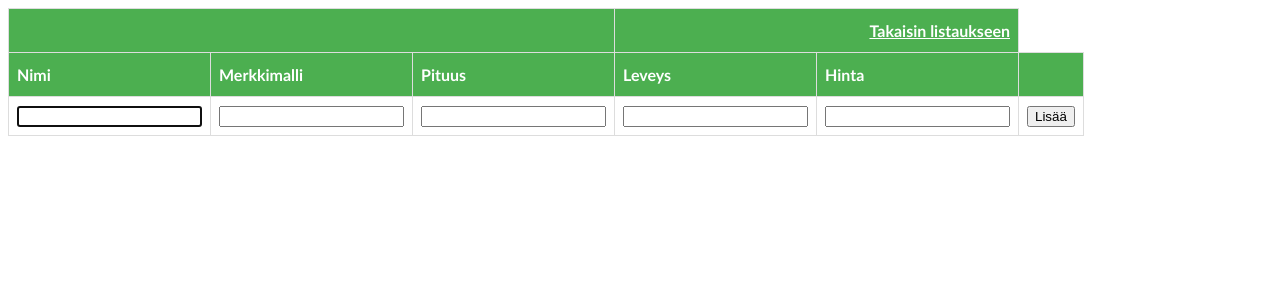
Repository: a1503589/ohjelmointi2-lopputyo
Page: http://localhost/autot/lisaavene.jsp
The author's editor kept a copy of each file at every save. The page is drawn from the files as they stood at one save, then again after the next save.
The browser window is 1280 px wide. The pictures show the whole page.
Empty fields were first filled with sample values (such as "Sample", 5 or name@example.com).
After loading, the first visible `#tallenna` was clicked once.
The page is served by Tomcat 9. Other server files are loaded and not shown.

Above is the page before, as saved 2021-12-14 15:53:26.
Console error (its wording comes from the project's code and is left out).

### autot/src/main/webapp/lisaavene.jsp
<%@ page language="java" contentType="text/html; charset=ISO-8859-1"
    pageEncoding="ISO-8859-1"%>
<!DOCTYPE html>
<html>
<head>
<meta charset="ISO-8859-1">
<script src="scripts/main.js"></script>
<link rel="stylesheet" type="text/css" href="css/main.css">
<title>Lisää vene</title>
</head>
<body onkeydown="tutkiKey(event)">
<form id="tiedot">
	<table>
		<thead>
			<tr>
				<th colspan="3" id="ilmo"></th>
				<th colspan="2" class="oikealle"><a href="listaaveneet.jsp" id="takaisin">Takaisin listaukseen</a></th>
			</tr>
			<tr>
				<th>Nimi</th>
				<th>Merkkimalli</th>
				<th>Pituus</th>
				<th>Leveys</th>
				<th>Hinta</th>
				<th></th>
			</tr>
		</thead>
		<tbody>
			<tr>
				<td><input type="text" name="nimi" id="nimi"></td>
				<td><input type="text" name="merkkimalli" id="merkkimalli"></td>
				<td><input type="text" name="pituus" id="pituus"></td>
				<td><input type="text" name="leveys" id="leveys"></td>
				<td><input type="text" name="hinta" id="hinta"></td>
				<td><input type="button" name="nappi" id="tallenna" value="Lisää" onclick="lisaaTiedot()"></td>
			</tr>
		</tbody>
	</table>
</form>
<span id="ilmo"></span>
</body>
<script>
function tutkiKey(event){
	if(event.keyCode==13){//Enter
		lisaaTiedot();
	}

}

document.getElementById("nimi").focus();//viedään kursori rekno-kenttään sivun latauksen yhteydessä

//funktio tietojen lisäämistä varten. Kutsutaan backin POST-metodia ja välitetään kutsun mukana uudet tiedot json-stringinä.
//POST /autot/
function lisaaTiedot(){
	var ilmo="";
	var d = new Date();
	if(document.getElementById("nimi").value.length<2){
		ilmo="Nimi ei kelpaa!";
	}else if(document.getElementById("merkkimalli").value.length<2){
		ilmo="Merkkimalli ei kelpaa!";
	}else if(document.getElementById("pituus").value.length<3){
		ilmo="Pituus ei kelpaa!";
	}else if(document.getElementById("leveys").value.lenght <4){
		ilmo="Leveys ei ole kelpaa!";
	}else if(document.getElementById("hinta").value.lenght <4){
		ilmo="Hinta ei kelpaa!";
	}
	if(ilmo!=""){
		document.getElementById("ilmo").innerHTML=ilmo;
		setTimeout(function(){ document.getElementById("ilmo").innerHTML=""; }, 3000);
		return;
	}
	document.getElementById("nimi").value=siivoa(document.getElementById("nimi").value);
	document.getElementById("merkkimalli").value=siivoa(document.getElementById("merkkimalli").value);
	document.getElementById("pituus").value=siivoa(document.getElementById("pituus").value);
	document.getElementById("leveys").value=siivoa(document.getElementById("leveys").value);
	document.getElementById("hinta").value=siivoa(document.getElementById("hinta").value);

	var formJsonStr=formDataToJSON(document.getElementById("tiedot")); //muutetaan lomakkeen tiedot json-stringiksi
	//Lähetään uudet tiedot backendiin
	fetch("veneet",{//Lähetetään kutsu backendiin
	      method: 'POST',
	      body:formJsonStr
	    })
	.then( function (response) {//Odotetaan vastausta ja muutetaan JSON-vastaus objektiksi
		return response.json()
	})
	.then( function (responseJson) {//Otetaan vastaan objekti responseJson-parametrissä
		var vastaus = responseJson.response;
		if(vastaus==0){
			document.getElementById("ilmo").innerHTML= "Asiakkaan lisääminen epäonnistui";
      	}else if(vastaus==1){
      		document.getElementById("ilmo").innerHTML= "Asiakkaan lisääminen onnistui";
		}
		setTimeout(function(){ document.getElementById("ilmo").innerHTML=""; }, 5000);
	});
	document.getElementById("tiedot").reset(); //tyhjennetään tiedot -lomake
}
</script>
</html>

### autot/src/main/webapp/scripts/main.js

function requestURLParam(sParam){
    var sPageURL = window.location.search.substring(1);
    var sURLVariables = sPageURL.split("&");
    for (var i = 0; i < sURLVariables.length; i++){
        var sParameterName = sURLVariables[i].split("=");
        if(sParameterName[0] == sParam){
            return sParameterName[1];
        }
    }
}
function formDataToJSON(data){
	var returnStr="{";
	for(var i=0; i<data.length; i++){
		returnStr+="\"" +data[i].name + "\":\"" + data[i].value + "\",";
	}
	returnStr = returnStr.substring(0, returnStr.length - 1); //poistetaan viimeinen pilkku
	returnStr+="}";
	return returnStr;
}

function siivoa(teksti){
	teksti=teksti.replace("<","");
	teksti=teksti.replace(";","");
	teksti=teksti.replace("'","''");
	teksti=teksti.replace(" ", "&nbsp;")
	teksti=teksti.replace(",", ".")
	return teksti;
}

### autot/src/main/webapp/css/main.css
@charset "ISO-8859-1";
table {
  font-family: "Trebuchet MS", Arial, Helvetica, sans-serif;
  border-collapse: collapse;
  width: 50%;
}

table td, table th {
  border: 1px solid #ddd;
  padding: 8px;
}

table tbody tr:nth-child(even){background-color: #f2f2f2;}

table tbody tr:hover {background-color: #ddd;}

table th {
  padding-top: 12px;
  padding-bottom: 12px;
  text-align: left;
  background-color: #4CAF50;
  color: white;
}

.poista{
	color: red;
	text-decoration: underline;
	cursor: pointer;
}

.oikealle{
	text-align: right;

}

#uusi, #takaisin{
	color: white;
	cursor: pointer;
}

### autot/src/main/java/control/Veneet.java
package control;

import java.io.IOException;
import java.io.PrintWriter;
import java.util.ArrayList;
import javax.servlet.ServletException;
import javax.servlet.annotation.WebServlet;
import javax.servlet.http.HttpServlet;
import javax.servlet.http.HttpServletRequest;
import javax.servlet.http.HttpServletResponse;

import org.json.JSONObject;

import model.Vene;
import model.dao.Dao;

@WebServlet("/veneet/*")
public class Veneet extends HttpServlet {
	private static final long serialVersionUID = 1L;

    public Veneet() {
        super();
        System.out.println("Veneet.Veneet()");
    }

  //Haetaan autojen tiedot
    //GET  /autot/{hakusana}
    //GET /autot/haeyksi/rekno
	protected void doGet(HttpServletRequest request, HttpServletResponse response) throws ServletException, IOException {
		System.out.println("Veneet.doGet()");
		String pathInfo = request.getPathInfo();	//haetaan kutsun polkutiedot, esim. /audi
		System.out.println("polku: "+pathInfo);
		Dao dao = new Dao();
		ArrayList<Vene> veneet;
		String strJSON="";
		if(pathInfo==null) { //Haetaan kaikki autot
			veneet = dao.listaaKaikki();
			System.out.println("Dao listasi kaikki");
			strJSON = new JSONObject().put("veneet", veneet).toString();


		}else if(pathInfo.indexOf("haeyksi")!=-1) {		//polussa on sana "haeyksi", eli haetaan yhden auton tiedot
			//System.out.println("Tähän tultiin");
			String tunnus = pathInfo.replace("/haeyksi/", ""); //poistetaan polusta "/haeyksi/", j�ljelle j�� rekno
			Vene vene = dao.etsiVene(tunnus);

			JSONObject JSON = new JSONObject();
			JSON.put("tunnus", vene.getTunnus());
			JSON.put("nimi", vene.getNimi());
			JSON.put("merkkimalli", vene.getMerkkimalli());
			JSON.put("pituus", vene.getPituus());
			JSON.put("leveys", vene.getLeveys());
			JSON.put("hinta", vene.getHinta());

			strJSON = JSON.toString();
		}else{ //Haetaan hakusanan mukaiset autot
			String hakusana = pathInfo.replace("/", "");
			veneet = dao.listaaKaikki(hakusana);
			strJSON = new JSONObject().put("veneet", veneet).toString();

		}
		response.setContentType("application/json");
		response.setCharacterEncoding("UTF-8");
		PrintWriter out = response.getWriter();
		out.println(strJSON);

	}


	protected void doPost(HttpServletRequest request, HttpServletResponse response) throws ServletException, IOException {
		System.out.println("Veneet.doPost()");
		JSONObject jsonObj = new JsonStrToObj().convert(request); //Muutetaan kutsun mukana tuleva json-string json-objektiksi
		Vene vene = new Vene();
		vene.setNimi(jsonObj.getString("nimi"));
		vene.setMerkkimalli(jsonObj.getString("merkkimalli"));
		vene.setPituus(Double.parseDouble(jsonObj.getString("pituus")));
		vene.setLeveys(Double.parseDouble(jsonObj.getString("leveys")));
		vene.setHinta(Integer.parseInt(jsonObj.getString("hinta")));
		response.setContentType("application/json");
		response.setCharacterEncoding("UTF-8");
		PrintWriter out = response.getWriter();
		Dao dao = new Dao();
		if(dao.lisaaVene(vene)){ //metodi palauttaa true/false
			out.println("{\"response\":1}");  //Auton lis��minen onnistui {"response":1}
		}else{
			out.println("{\"response\":0}");  //Auton lis��minen ep�onnistui {"response":0}
		}
	}

	protected void doPut(HttpServletRequest request, HttpServletResponse response) throws ServletException, IOException {

		System.out.println("Veneet.doPut()");


		JSONObject jsonObj = new JsonStrToObj().convert(request); //Muutetaan kutsun mukana tuleva json-string json-objektiksi


		Vene vene = new Vene();
		vene.setTunnus(Integer.parseInt(jsonObj.getString("tunnus")));
		vene.setNimi(jsonObj.getString("nimi"));
		vene.setMerkkimalli(jsonObj.getString("merkkimalli"));
		vene.setPituus(Double.parseDouble(jsonObj.getString("pituus")));
		vene.setLeveys(Double.parseDouble(jsonObj.getString("leveys")));
		vene.setHinta(Integer.parseInt(jsonObj.getString("hinta")));

		response.setContentType("application/json");

		//System.out.println(asiakas);
		response.setCharacterEncoding("UTF-8");
		PrintWriter out = response.getWriter();
		Dao dao = new Dao();
		if(dao.muutaVene(vene)){ //metodi palauttaa true/false
			out.println("{\"response\":1}");  //Auton muuttaminen onnistui {"response":1}
		}else{
			out.println("{\"response\":0}");  //Auton muuttaminen ep�onnistui {"response":0}
		}
	}

	protected void doDelete(HttpServletRequest request, HttpServletResponse response) throws ServletException, IOException {
		System.out.println("Veneet.doDelete()");
		String pathInfo = request.getPathInfo();	//haetaan kutsun polkutiedot, esim. /ABC-222
		System.out.println("polku: "+pathInfo);
		String poistettavaTunnus = pathInfo.replace("/", "");
		response.setContentType("application/json");
		response.setCharacterEncoding("UTF-8");
		PrintWriter out = response.getWriter();
		Dao dao = new Dao();
		if(dao.poistaVene(poistettavaTunnus)){ //metodi palauttaa true/false
			out.println("{\"response\":1}");  //Auton poistaminen onnistui {"response":1}
		}else{
			out.println("{\"response\":0}");  //Auton poistaminen ep�onnistui {"response":0}
		}
	}

}

### autot/src/main/java/model/Vene.java
package model;

public class Vene {
	private int tunnus;
	private String nimi, merkkimalli;
	private double pituus, leveys;
	private int hinta;
	public Vene() {
		super();
		// TODO Auto-generated constructor stub
	}
	public int getTunnus() {
		return tunnus;
	}
	public void setTunnus(int tunnus) {
		this.tunnus = tunnus;
	}
	public String getNimi() {
		return nimi;
	}
	public void setNimi(String nimi) {
		this.nimi = nimi;
	}
	public String getMerkkimalli() {
		return merkkimalli;
	}
	public void setMerkkimalli(String merkkimalli) {
		this.merkkimalli = merkkimalli;
	}
	public double getPituus() {
		return pituus;
	}
	public void setPituus(double pituus) {
		this.pituus = pituus;
	}
	public double getLeveys() {
		return leveys;
	}
	public void setLeveys(double leveys) {
		this.leveys = leveys;
	}
	public int getHinta() {
		return hinta;
	}
	public void setHinta(int hinta) {
		this.hinta = hinta;
	}
	public Vene(int tunnus, String nimi, String merkkimalli, double pituus, double leveys, int hinta) {
		super();
		this.tunnus = tunnus;
		this.nimi = nimi;
		this.merkkimalli = merkkimalli;
		this.pituus = pituus;
		this.leveys = leveys;
		this.hinta = hinta;
	}
	@Override
	public String toString() {
		return "Vene [tunnus=" + tunnus + ", nimi=" + nimi + ", merkkimalli=" + merkkimalli + ", pituus=" + pituus
				+ ", leveys=" + leveys + ", hinta=" + hinta + "]";
	}

	}

Loaded but not shown: autot/src/main/java/control/JsonStrToObj.java (common file)

After the next save:
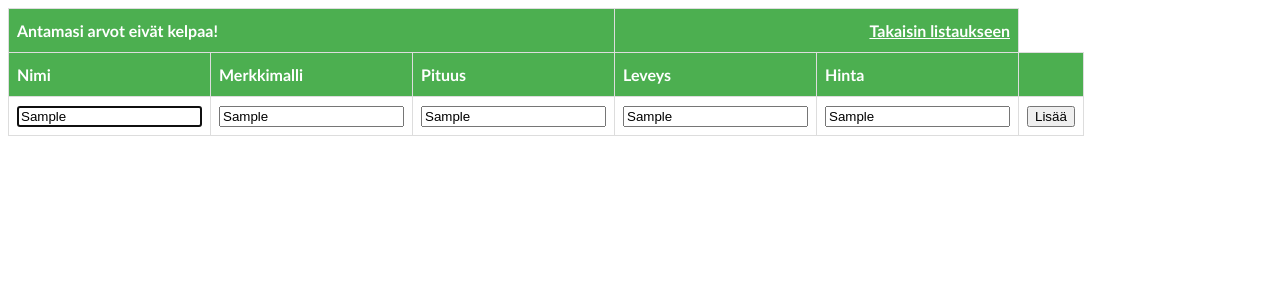
The error is gone.
Saved 84 s later.
--- a/autot/src/main/webapp/lisaavene.jsp
+++ b/autot/src/main/webapp/lisaavene.jsp
@@ -53,18 +53,12 @@ document.getElementById("nimi").focus();//viedään kursori rekno-kenttään siv
 //POST /autot/
 function lisaaTiedot(){
 	var ilmo="";
-	var d = new Date();
-	if(document.getElementById("nimi").value.length<2){
-		ilmo="Nimi ei kelpaa!";
-	}else if(document.getElementById("merkkimalli").value.length<2){
-		ilmo="Merkkimalli ei kelpaa!";
-	}else if(document.getElementById("pituus").value.length<3){
-		ilmo="Pituus ei kelpaa!";
-	}else if(document.getElementById("leveys").value.lenght <4){
-		ilmo="Leveys ei ole kelpaa!";
-	}else if(document.getElementById("hinta").value.lenght <4){
-		ilmo="Hinta ei kelpaa!";
+
+	if(nimi.length<2||merkkimalli.length<2||pituus*1!=pituus||leveys*1!=leveys||hinta*1!=hinta){
+		document.getElementById("ilmo").innerHTML = "Antamasi arvot eivät kelpaa!"
+		return;
 	}
+
 	if(ilmo!=""){
 		document.getElementById("ilmo").innerHTML=ilmo;
 		setTimeout(function(){ document.getElementById("ilmo").innerHTML=""; }, 3000);
